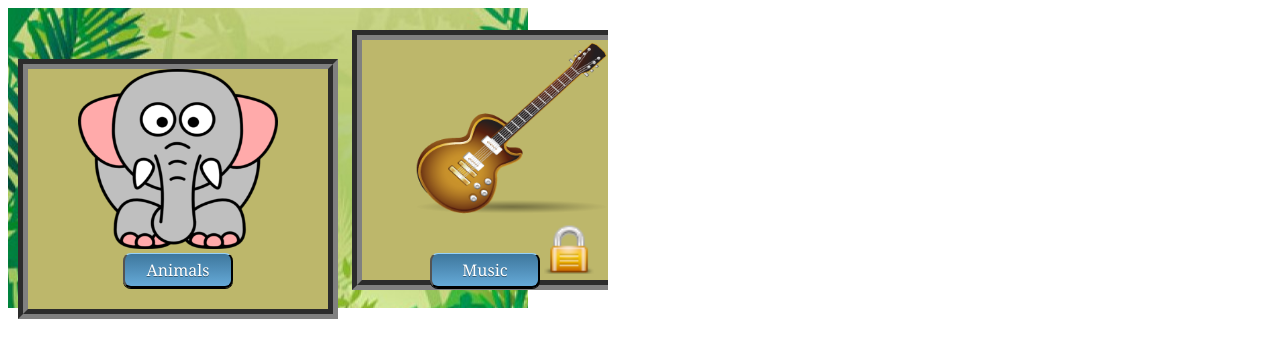
Repository: RathipriyaChandrasekaran/dotlite
Page: ConnectDots/menupage.html
An editor plug-in stored every save of this project. The page is shown before and after the next save, followed by the edit.
The browser window is 1280 px wide. The pictures show the whole page.

Above is the page before, as saved 2014-12-15 04:40:30.

After the next save:
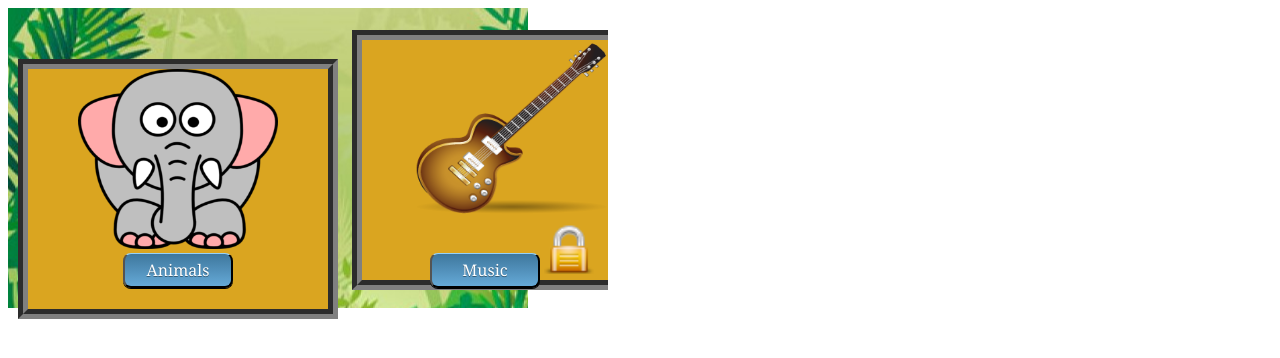
Saved 98 s later.
--- a/ConnectDots/css/menupage.css
+++ b/ConnectDots/css/menupage.css
@@ -8,7 +8,7 @@
 
 .scrollable{
       cursor: pointer;
-     background-color: #BDB76B;
+     background-color: #DAA520;
       width: 500px;
       height: 240px;
       position: relative;
